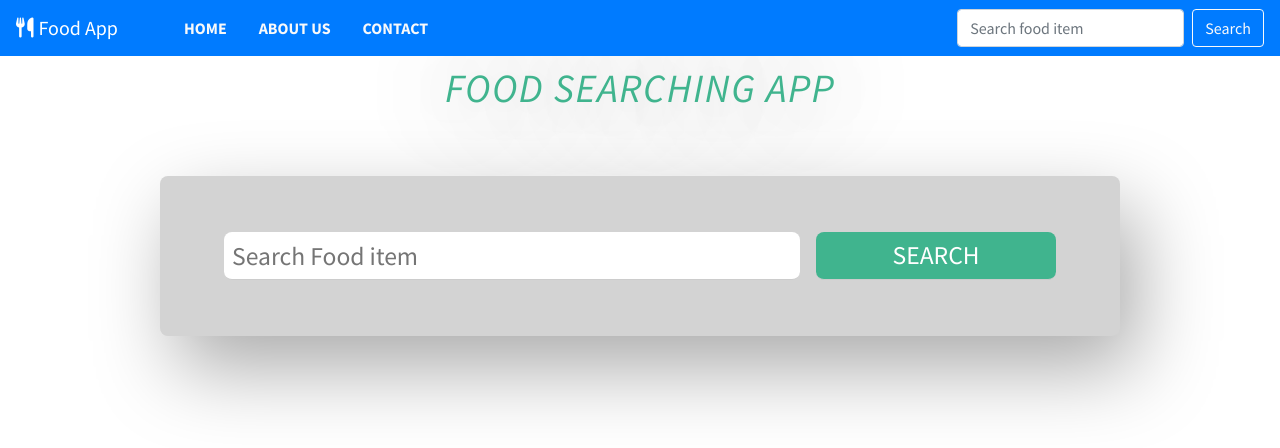
Repository: priyavmehta/React-Food-Recipe-App
Page: /
An editor plug-in stored every save of this project. The page is shown before and after the next save, followed by the edit.
The browser window is 1280 px wide. The pictures show the whole page.
Some web libraries are served in a nearby version. The project was rebuilt for these pictures with package versions that can differ from the ones it lists, and the page was loaded fresh each time. Also part of the build but not shown: src/Components/RecipeDetails.js, src/Components/Recipe.js, src/Components/Alert.js.

Above is the page before, as saved 2020-07-11 23:07:21.

After the next save:
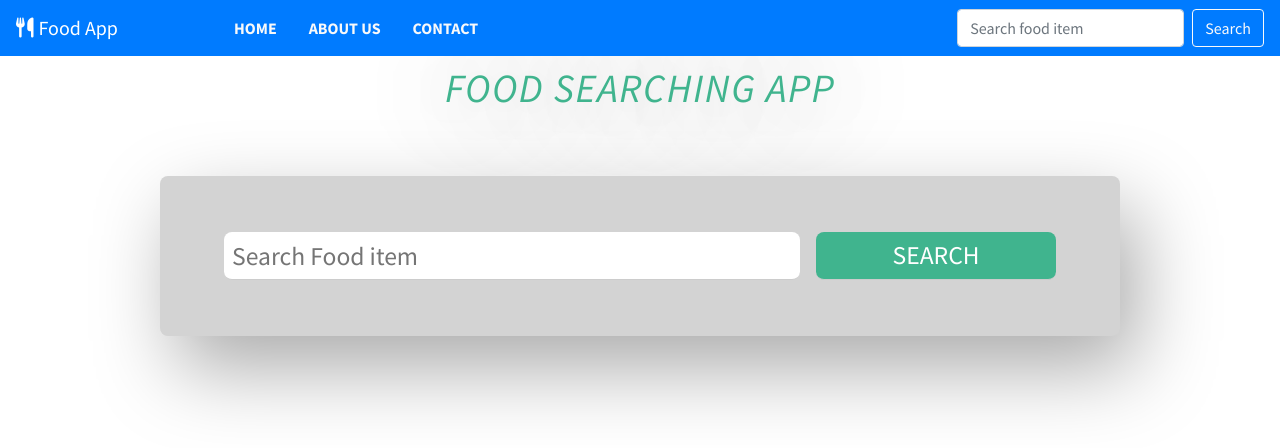
Saved 25 s later.
--- a/src/Components/Navbar.js
+++ b/src/Components/Navbar.js
@@ -6,7 +6,7 @@ const Navbar = ({icon, title}) => {
 
     return (
         <nav className="navbar navbar-expand-md navbar-light bg-primary fixed-top">
-            <a className="navbar-brand" style = {{ color : "white", marginRight :50 }}><i className="fas fa-utensils" style = {{ marginRight : 5}}></i>Food App</a>
+            <a className="navbar-brand" style = {{ color : "white", marginRight :100 }}><i className="fas fa-utensils" style = {{ marginRight : 5}}></i>Food App</a>
             <button type="button" className="navbar-toggler bg-light" data-toggle="collapse" data-target="#nav">
                 <span className="navbar-toggler-icon"></span>
             </button>
